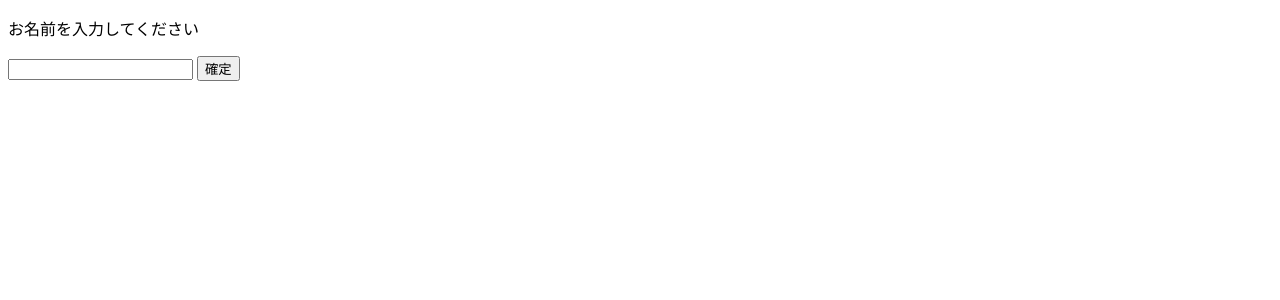
Repository: iuvfag/test
Page: http://localhost/HelloJsp/
An editor plug-in stored every save of this project. The page is shown before and after the next save, followed by the edit.
The browser window is 1280 px wide. The pictures show the whole page.
The page is served by Tomcat 9.

Above is the page before, as saved 2018-06-22 06:58:51.

### HelloJsp/WebContent/index.jsp
<%@ page language="java" contentType="text/html; charset=UTF-8" pageEncoding="UTF-8" %>
<!DOCTYPE html>
<html>
	<head>
		<meta charset="utf-8">
		<title>TEST</title>
	</head>
	<body>

		<p>お名前を入力してください</p>
		<form method="post" action="greeting-out.jsp">
			<input type="text" name="user">
			<input type="submit" value="確定">
		</form>

	</body>
</html>

After the next save:
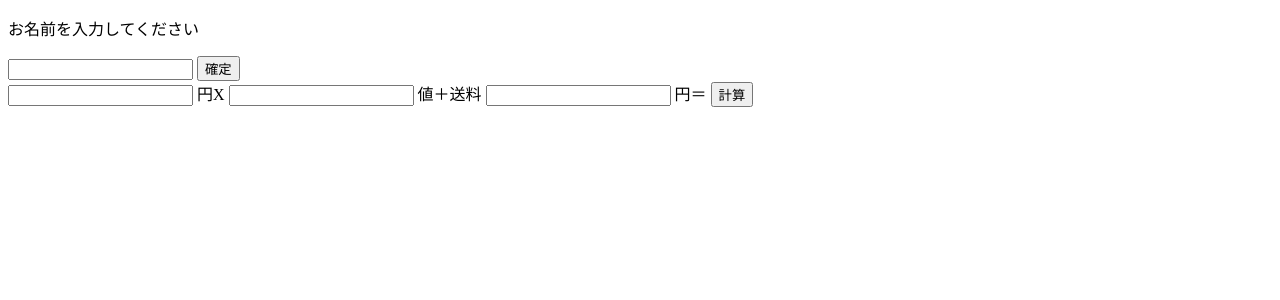
Saved 8 min 25 s later.
--- a/HelloJsp/WebContent/index.jsp
+++ b/HelloJsp/WebContent/index.jsp
@@ -13,5 +13,15 @@
 			<input type="submit" value="確定">
 		</form>
 
+		<form method="post" action="total-out.jsp">
+			<input type="text" name="price">
+			円X
+			<input type="text" name="count">
+			値＋送料
+			<input type="text" name="delivery">
+			円＝
+			<input type="submit" value="計算">
+		</form>
+
 	</body>
 </html>
